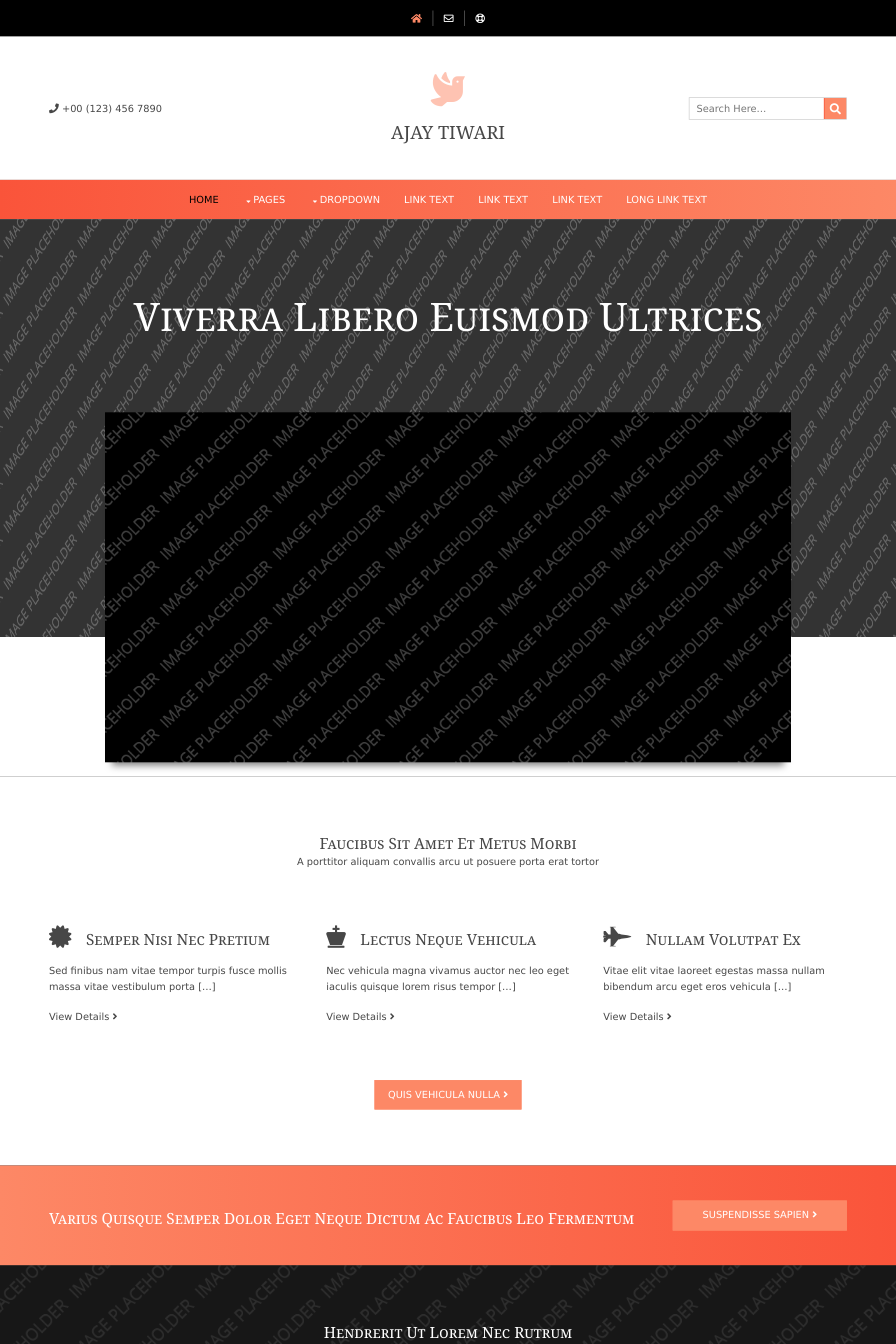
Repository: ajeytiwary/Hello-World
Page: index.html
These files come from the project's save history. The page is drawn as it stood at one moment and after the next save; the edit follows.
The browser window is 1280 px wide. The pictures show the part of the page from y = 0 to 1920 px (the page is 4015 px tall before and 4655 px after), at 70% of full size.

Above is the page before, as saved 2020-10-24 22:01:00.

After the next save:
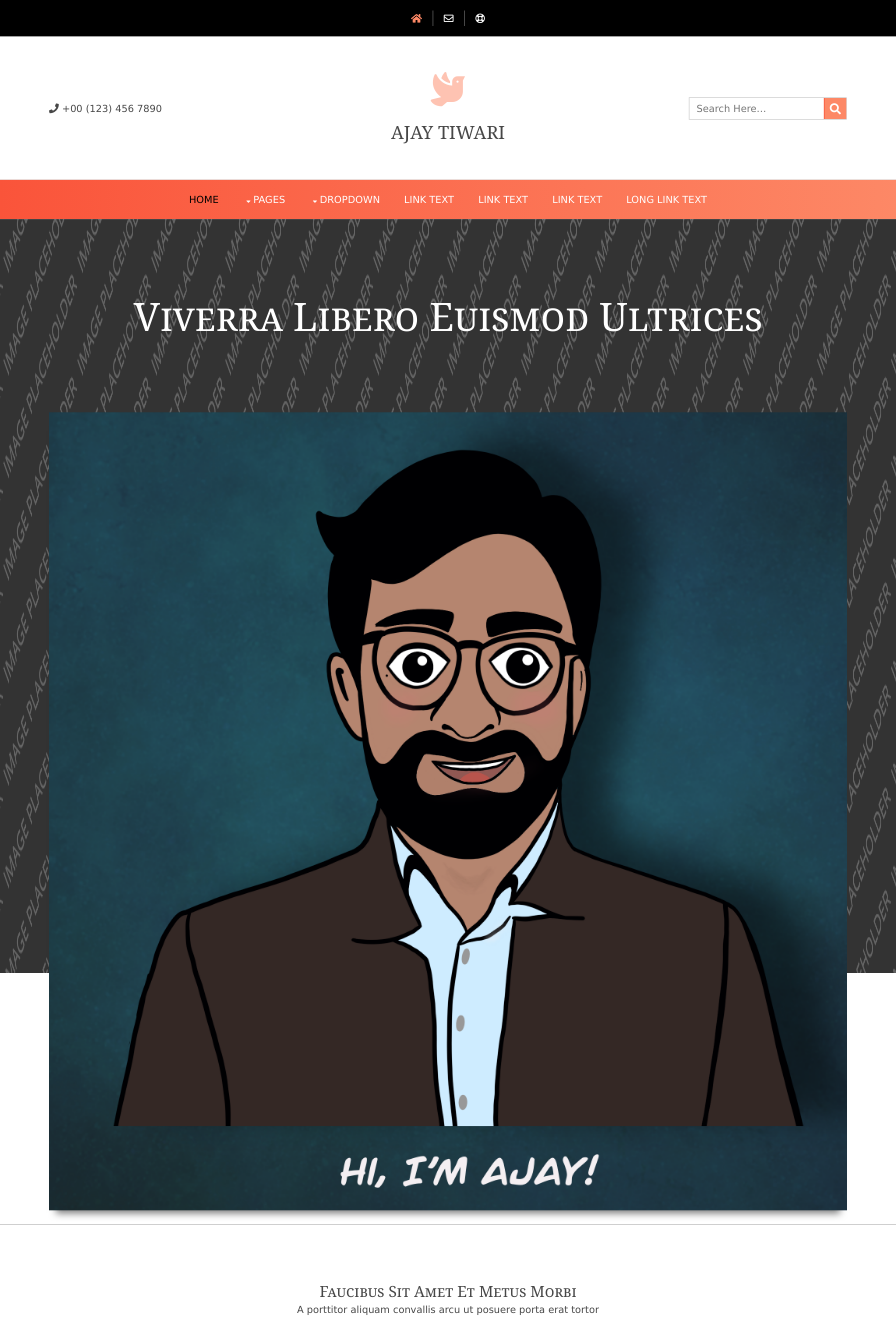
Saved 7 min 40 s later.
--- a/index.html
+++ b/index.html
@@ -102,7 +102,7 @@
   <figure class="hoc clear">
     <!-- ################################################################################################ -->
     <figcaption class="heading">Viverra libero euismod ultrices</figcaption>
-    <img src="images/demo/980x500.png" alt="">
+    <img src="images/demo/Me.png" alt="">
     <!-- ################################################################################################ -->
   </figure>
 </div>
